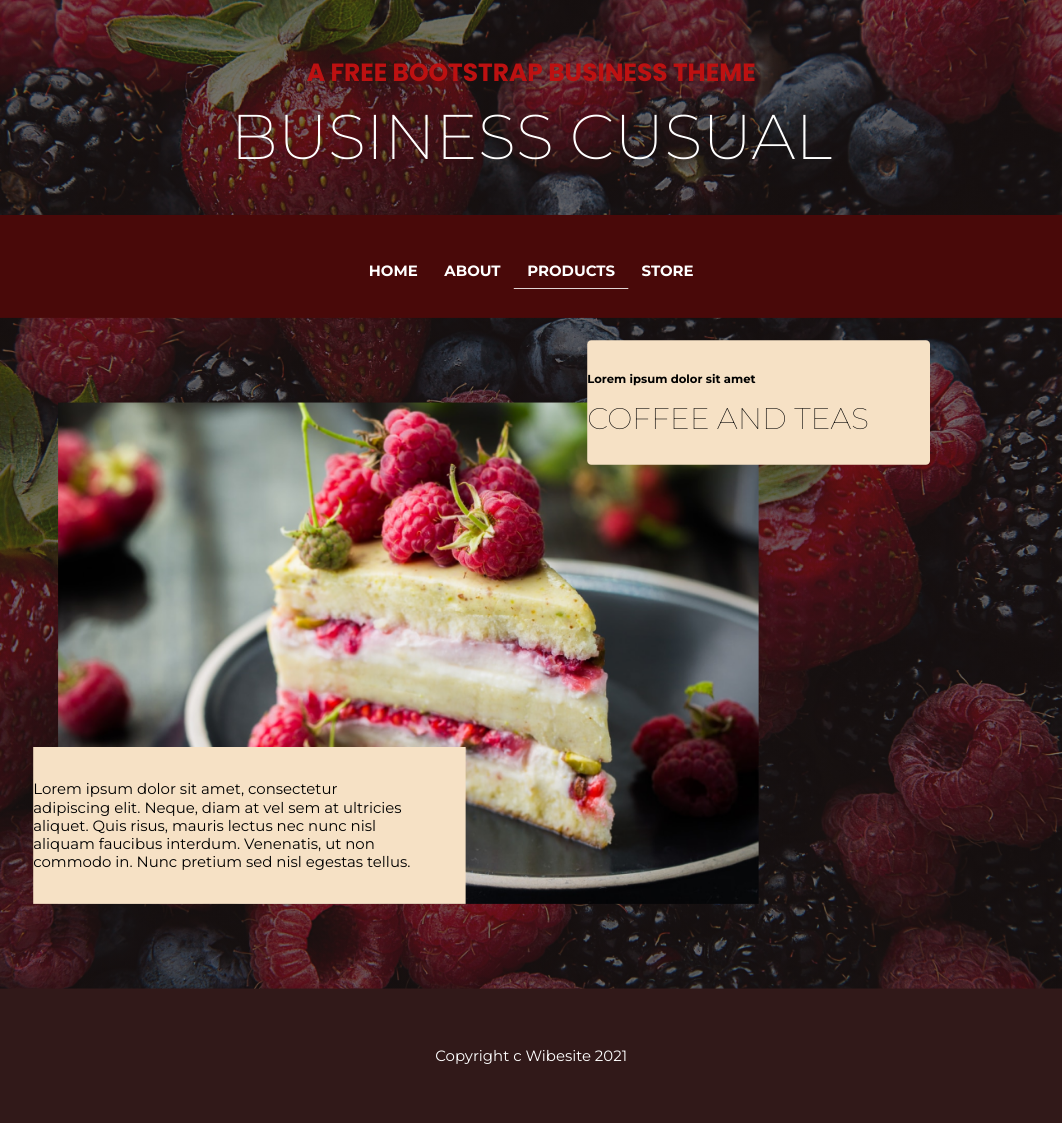
Repository: wadelfadill/tache_7_Business_bootstrap_theme
Page: product.html
The author's editor kept a copy of each file at every save. The page is drawn from the files as they stood at one save, then again after the next save.
The browser window is 1280 px wide. The pictures show the whole page, at 83% of full size.

Above is the page before, as saved 2023-04-28 10:19:27.

After the next save:
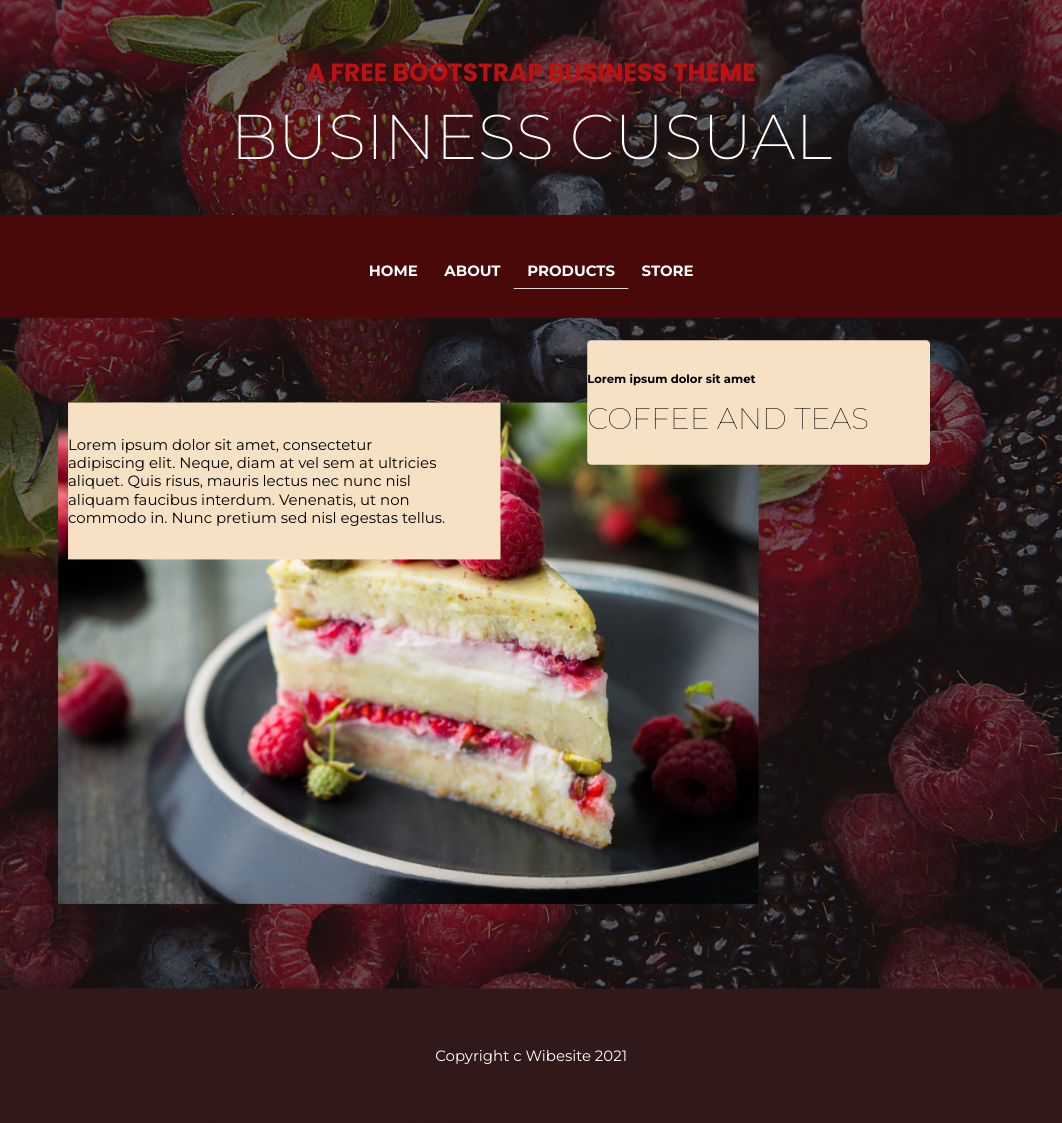
Saved 13 s later.
--- a/css/product_style.css
+++ b/css/product_style.css
@@ -51,9 +51,9 @@
     height: 189px;
     padding-top: 40px;
     padding-bottom: 40px;
-    position: absolute;
+    /* position: absolute;
     bottom: 0;
-    left: -30px;
+    left: -30px; */
     background: var(--bg-beize);
 }
 #first_section .box-bottom p{
